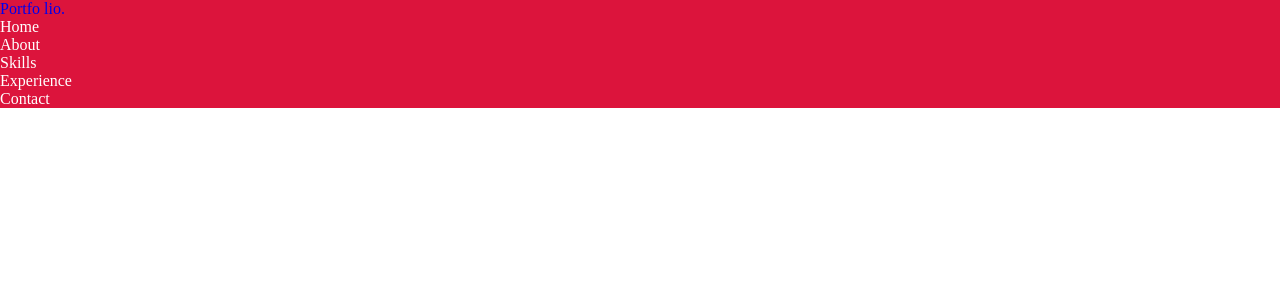
Repository: wyang08/wyang08.github.io
Page: index.html
The author's editor kept a copy of each file at every save. The page is drawn from the files as they stood at one save, then again after the next save.
The browser window is 1280 px wide. The pictures show the whole page.

Above is the page before, as saved 2021-07-02 14:25:19.

### index.html
<!DOCTYPE html>
<html lang="en">
<head>
    <meta charset="UTF-8">
    <meta name="viewport" content="width=divice-width, initial-scale=1.0">
    <title>Personal Porfolio Website</title>
    <link rel="stylesheet" href="style.css">
    <script src="https://kit.fontawesome.cm/a076d05399.js"></script>
</head>

<body>
    <nav class="navbar">
        <div class="max-width">
            <div class="logo">
                <a href="#">
                    Portfo
                    <span>
                        lio.
                    </span>
                </a>
            </div>
        </div>

        <ul class="menu">
            <li><a href="#">Home</a></li>
            <li><a href="#">About</a></li>
            <li><a href="#">Skills</a></li>
            <li><a href="#">Experience</a></li>
            <li><a href="#">Contact</a></li>
        </ul>
    </nav>
</body>


</html>

### style.css
@import url('https://fonts.googleapis.com/css2?family=Poppins:wght@400;500;600;700&family=Ubuntu:wght@400;500;700&display=swap');

*{
    margin: 0;
    padding: 0;
    box-sizing: border-box;
    text-decoration: none;

}

/* navbar styling */
.navbar{
    position: fixed;
    width: 100%;
    background: crimson;
}

.navbar .menu li a{
    color: white;
}

After the next save:
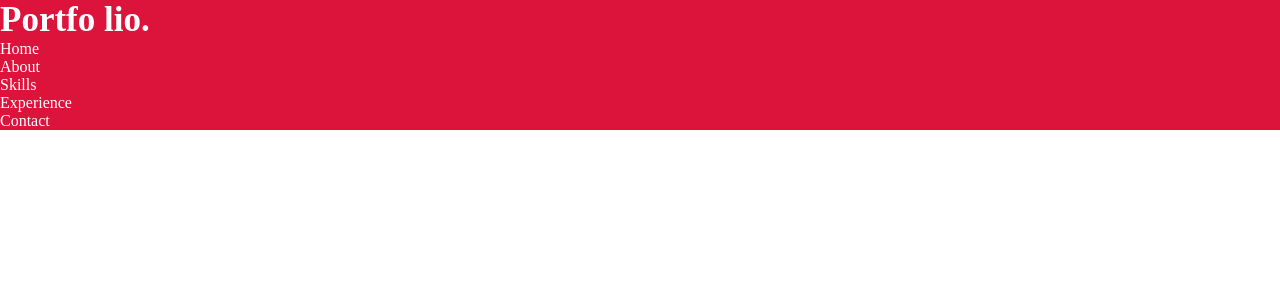
Saved 51 s later.
--- a/style.css
+++ b/style.css
@@ -18,3 +18,9 @@
 .navbar .menu li a{
     color: white;
 }
+
+.navbar .logo a{
+    color: white;
+    font-size: 35px;
+    font-weight: 600;
+}
